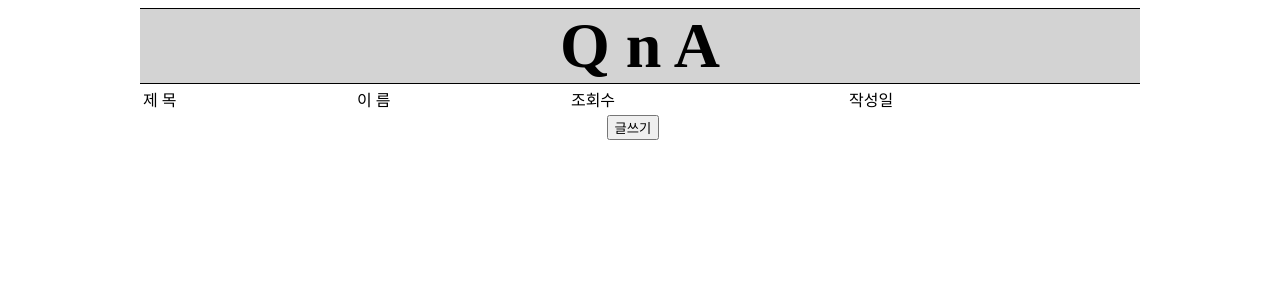
Repository: shbaksa/study
Page: http://localhost/mw_0620/qna2/list.jsp
An editor plug-in stored every save of this project. The page is shown before and after the next save, followed by the edit.
The browser window is 1280 px wide. The pictures show the whole page.
The page is served by Tomcat 9. Queries for data that is not in the repository find no rows.

Above is the page before, as saved 2022-06-20 05:29:25.

### mw_0620/src/main/webapp/qna2/list.jsp
<%@ page language="java" contentType="text/html; charset=UTF-8"
    pageEncoding="UTF-8"%>
<!DOCTYPE html>
<%@ page import="java.sql.*" %>
<html>
<head>
<meta charset="UTF-8">
<title>QnA</title>
	<%
		// DB연결
		Class.forName("com.mysql.jdbc.Driver");
  		String db="jdbc:mysql://localhost:3306/first";
		Connection conn=DriverManager.getConnection(db,"root","1234");


		// 쿼리생성
		String sql = "select * from qna order by grp asc";

		// 심부름꾼
		PreparedStatement pstmt = conn.prepareStatement(sql);

		// 쿼리실행
		ResultSet rs = pstmt.executeQuery();

		String grp = request.getParameter("grp");

		sql = "select * from qna where grp=?";
		PreparedStatement pstmt1 = conn.prepareStatement(sql);
		pstmt1.setString(1, grp);
		ResultSet rs1 = pstmt1.executeQuery();


	%>
	<style>

		caption {
			border-top : 1px solid black;
			border-bottom : 1px solid black;
			background : lightgray;
		}
		b {
			font-size : 64px;
		}

		#del {
			/* display : none; */
			visibility : hidden;
		}
	</style>
	<script>
		function view(grp,depth,seq) {
			document.getElementById("del").style.visibility="visible";


		}
	</script>

</head>
<body>

	<table width="1000" align="center">
	<caption><b>Q  n  A</b></caption>
	<tr>
	<td>제 목</td>
	<td>이 름</td>
	<td>조회수</td>
	<td>작성일</td>
	<td></td>
	</tr>
	<% while(rs.next()) { %>
	<tr>
	<td><a href="readnum.jsp?id=<%=rs.getInt("id")%>"><%=rs.getString("title") %></a></td>
	<td onclick="view()"><%=rs.getString("name") %></td>
	<td><%=rs.getString("readnum") %></td>
	<td><%=rs.getString("writeday") %></td>
	<td></td>
	</tr>
	<tr id="del">
	<form method="post" action="write2.jsp">
	<input type="hidden" name="grp" value="<%=rs.getInt("grp")%>">
	<input type="hidden" name="depth" value="<%=rs.getInt("depth")%>">
	<input type="hidden" name="seq" value="<%=rs.getInt("seq")%>">
	<td><input type="text" name="title" placeholder="제목"></td>
	<td><input type="text" name="name" placeholder="작성자"></td>
	<td><input type="password" name="pwd" placeholder="비빌번호"></td>
	<td><input type="submit" value="댓글작성"><td>
	</form>
	</tr>
		<% while(rs1.next()) { %>
		<tr>
		<td> 댓글 댓글 <%=rs1.getString("title") %><td>
		<td> <%=rs1.getString("name") %></td>
		<td><%=rs1.getString("readnum") %></td>
		<td><%=rs1.getString("writeday") %></td>
		</tr>

	<%
	}}
	%>


	<%-- <% while(rs.next()) {%>
	<tr>
	<td><%=rs.getString("title") %></td>
	<td><%=rs.getString("name") %></td>
	<td><%=rs.getString("writeday") %></td>
	</tr>
	<% } %> --%>
	<tr>
	<td colspan="4" align="center" onclick="location='write.jsp'"> <input type="submit" value="글쓰기"></td>
	</tr>
	</table>

</body>
</html>
<%
	rs.close();
	pstmt.close();
	conn.close();
%>

After the next save:
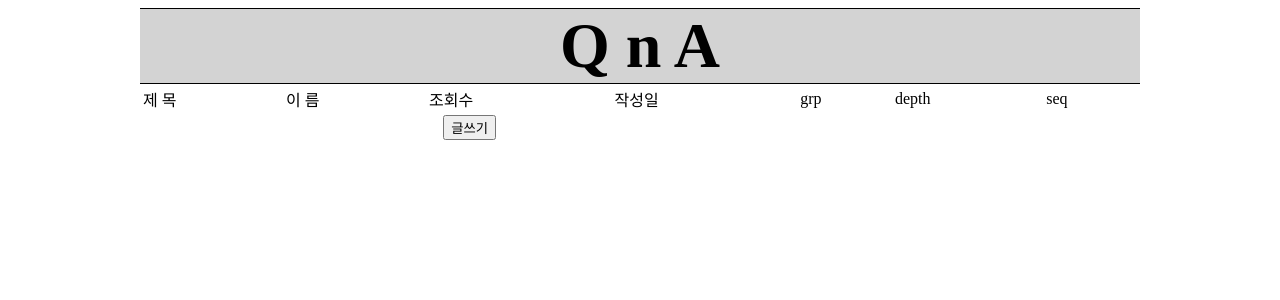
Saved 3 min 17 s later.
--- a/mw_0620/src/main/webapp/qna2/list.jsp
+++ b/mw_0620/src/main/webapp/qna2/list.jsp
@@ -65,7 +65,9 @@
 	<td>이 름</td>
 	<td>조회수</td>
 	<td>작성일</td>
-	<td></td>
+	<td>grp</td>
+	<td>depth</td>
+	<td>seq</td>
 	</tr>
 	<% while(rs.next()) { %>
 	<tr>
@@ -73,7 +75,9 @@
 	<td onclick="view()"><%=rs.getString("name") %></td>
 	<td><%=rs.getString("readnum") %></td>
 	<td><%=rs.getString("writeday") %></td>
-	<td></td>
+	<td><%=rs.getInt("grp") %></td>
+	<td><%=rs.getInt("depth") %></td>
+	<td<%=rs.getInt("seq") %></td>
 	</tr>
 	<tr id="del">
 	<form method="post" action="write2.jsp">
